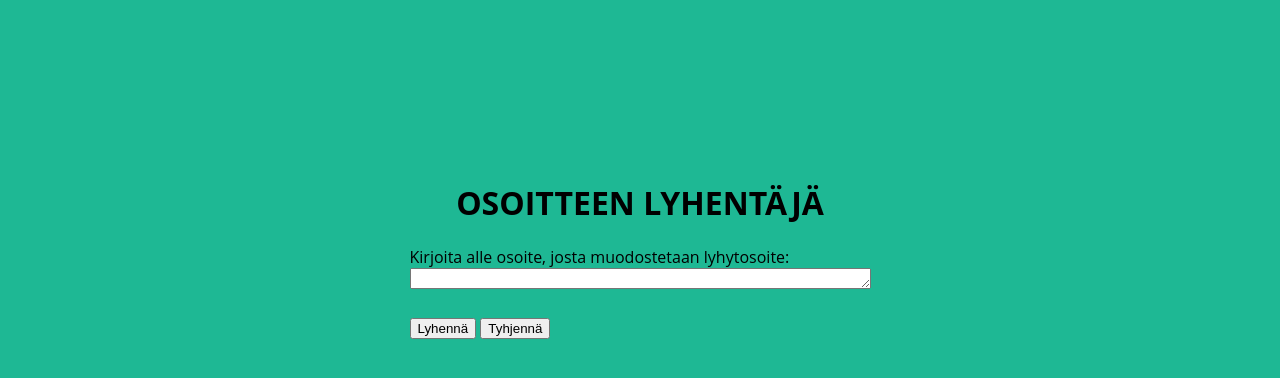
Repository: koodaajakige/knykanen
Page: public_html/redirect/lomake.html
An editor plug-in stored every save of this project. The page is shown before and after the next save, followed by the edit.
The browser window is 1280 px wide. The pictures show the whole page.

Above is the page before, as saved 2023-01-12 12:27:34.

### public_html/redirect/lomake.html
<!DOCTYPE html>
<html>
<head>
  <meta charset="UTF-8">
  <link rel="stylesheet" href="kigestyle.css">
  <h1>OSOITTEEN LYHENTÄJÄ</h1>
</head>
<body>

<form method = GET action = funktio.php>
    Kirjoita alle osoite, josta muodostetaan lyhytosoite:
    <br><textarea rows=1 cols=55 name=osoite></textarea><br><br>
    <input type=submit value='Lyhennä'>
    <input type="reset" value="Tyhjennä" />
  </form>

</body>
</html>

### public_html/redirect/kigestyle.css
body {
    font-family: 'Averia Serif Libre', cursive;
	font-family: 'Open Sans', sans-serif;
    font-size: medium;
    background-color: rgb(30, 184, 148);
    max-width: 40em;
	width: 90%;
	margin: 10em auto;
    display: flex;
    flex-direction: column;
    align-items: center;
    align-content: center;
}

After the next save:
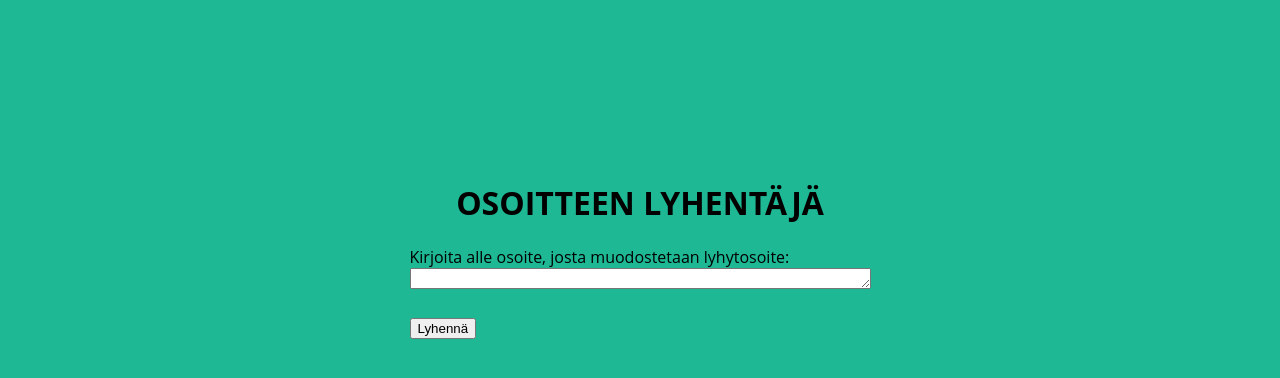
Saved 47 s later.
--- a/public_html/redirect/lomake.html
+++ b/public_html/redirect/lomake.html
@@ -10,8 +10,7 @@
 <form method = GET action = funktio.php>
     Kirjoita alle osoite, josta muodostetaan lyhytosoite:
     <br><textarea rows=1 cols=55 name=osoite></textarea><br><br>
-    <input type=submit value='Lyhennä'>
-    <input type="reset" value="Tyhjennä" />
+    <input type=submit value='Lyhennä' />
   </form>
 
 </body>
